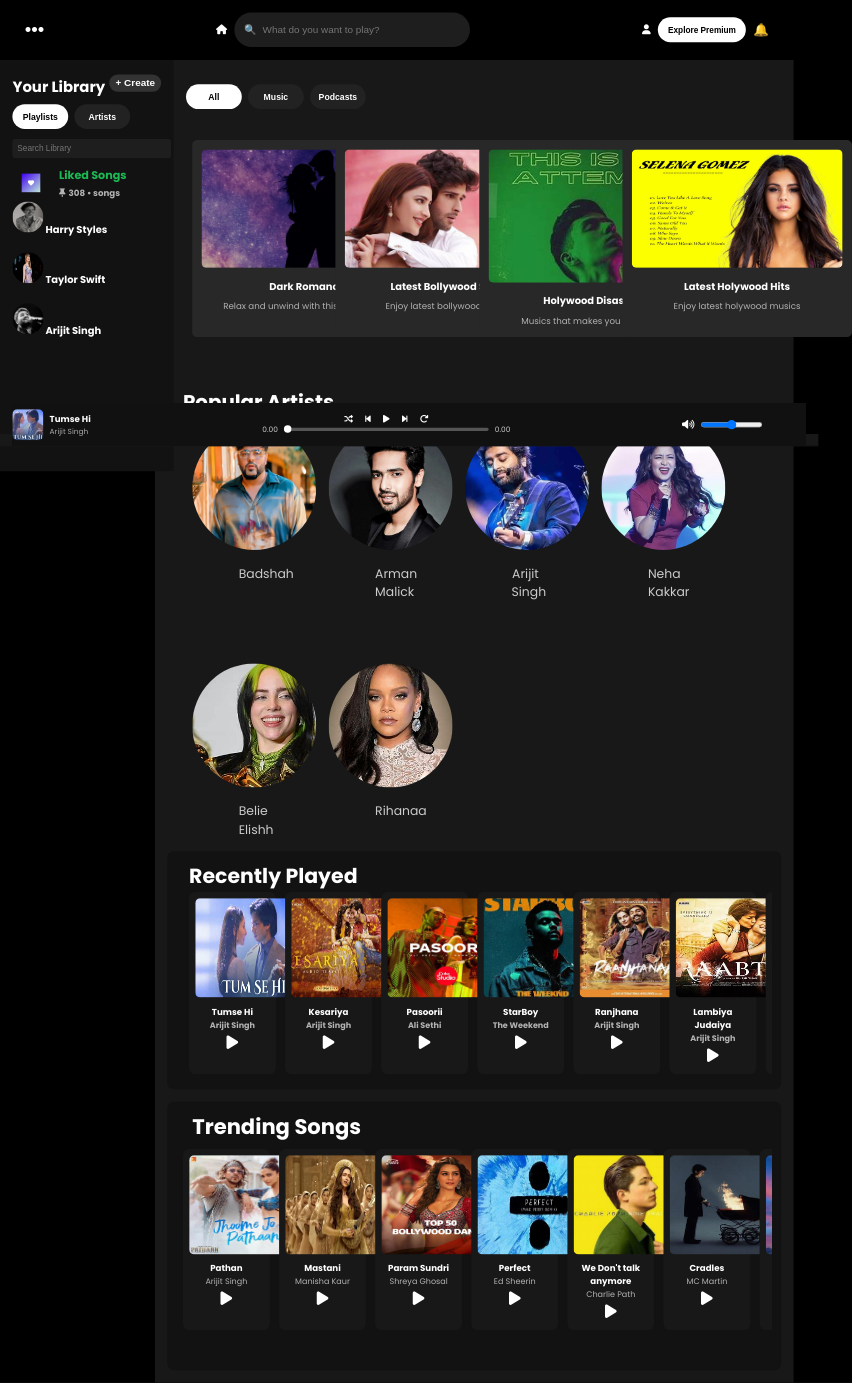
Repository: IshikaSinghRajput/Spotify_Clone
Page: index.html
The author's editor kept a copy of each file at every save. The page is drawn from the files as they stood at one save, then again after the next save.
The browser window is 1280 px wide. The page is 1374 px wide, so the pictures cover 1374 px, including what lies to the right of the window. The pictures show the whole page, at 62% of full size.

Above is the page before, as saved 2025-04-26 15:52:07.

After the next save:
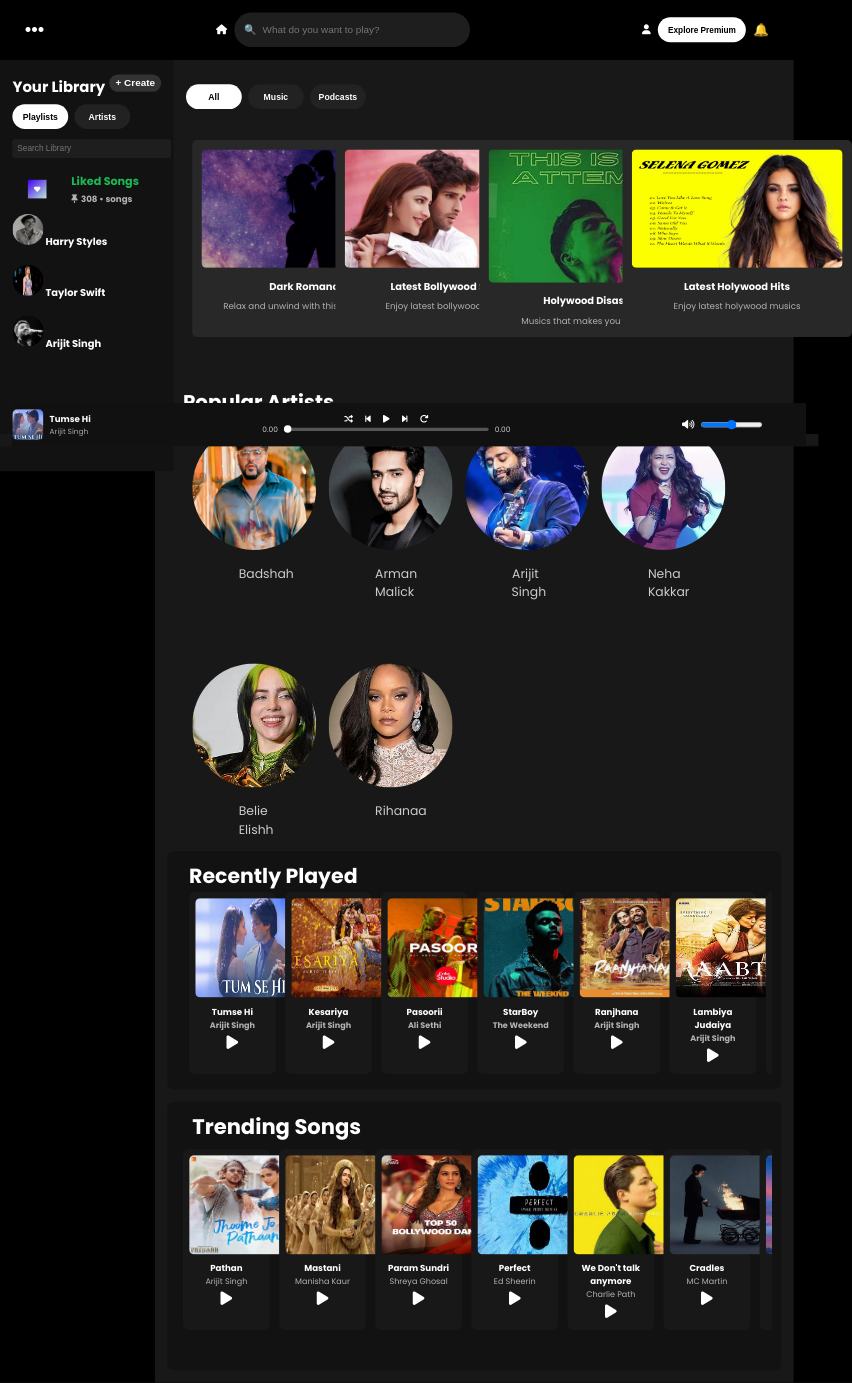
Saved 12 s later.
--- a/style.css
+++ b/style.css
@@ -567,8 +567,8 @@
   }
 
   .icon {
-    width: 60px;
-    height: 60px;
+    width: 80px;
+    height: 80px;
 
     display: flex;
     justify-content: center;
